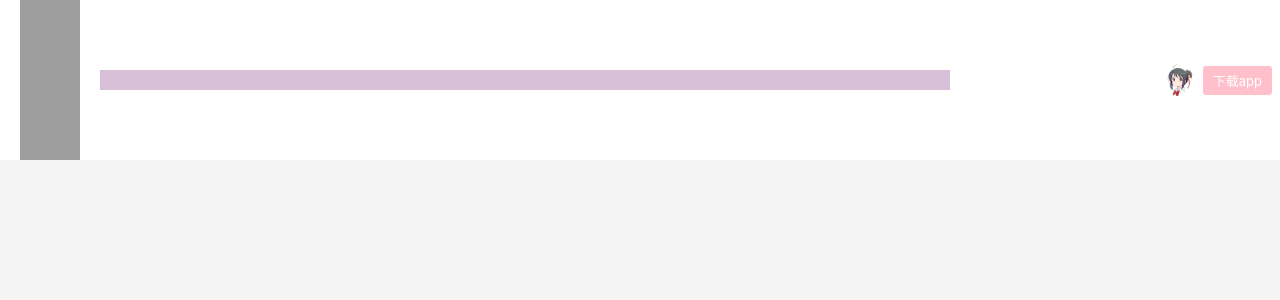
Repository: caiys666/bilibili
Page: /#/userinfo
An editor plug-in stored every save of this project. The page is shown before and after the next save, followed by the edit.
The browser window is 1280 px wide. The pictures show the whole page.
Pictures or frames that could not be fetched are drawn as grey boxes. The project was rebuilt for these pictures with package versions that can differ from the ones it lists, and the page was loaded fresh each time. Also part of the build but not shown: vue.config.js, src/components/HelloWorld.vue, src/views/Home.vue.

Above is the page before, as saved 2020-10-01 21:25:41.

### src/main.js
import Vue from 'vue';
import App from './App.vue';
import router from './router';
import store from './store';
import Vant from 'vant';
import 'vant/lib/index.css';
import http from '../http'
import { Toast } from 'vant';

Vue.prototype.$msg = Toast
Vue.prototype.$http = http
Vue.use(Vant);
Vue.config.productionTip = false

new Vue({
  router,
  store,
  render: h => h(App)
}).$mount('#app')

### src/App.vue
<template>
<div id="app">

    <router-view />
</div>
</template>

<style>
body {
    margin: 0;
    padding: 0;
    box-sizing: border-box;
    background-color: #f4f4f4;
}
p{
    margin: 0;
    padding: 0;
}
</style>

### src/router/index.js
import Vue from 'vue'
import VueRouter from 'vue-router'
import Home from '../views/Home.vue'

Vue.use(VueRouter)

const routes = [
  {
    path: '/home',
    name: 'Home',
    component: Home
  },
  {
    path: '/login',
    name: 'Login',
    component: () => import(/* webpackChunkName: "about" */ '../views/Login.vue')
  },
  {
    path: '/userinfo',
    name: 'userinfo',
    component: () => import(/* webpackChunkName: "about" */ '../views/userinfo.vue')
  },
  {
    path: '/',
    name: 'Register',
    // route level code-splitting
    // this generates a separate chunk (about.[hash].js) for this route
    // which is lazy-loaded when the route is visited.
    component: () => import(/* webpackChunkName: "about" */ '../views/register.vue')
  }
]

const router = new VueRouter({
  routes
})

export default router

### http.js
import axios from 'axios'

const http = axios.create({
    baseURL:'http://112.74.99.5:3000/web/api'
})

export default http

### src/views/userinfo.vue
<template>
    <div>
        <navbar></navbar>
    </div>
</template>

<script>
import Navbar from '../components/commn/Navbar.vue'
    export default {
        components:{
            Navbar
        }
    }
</script>

<style scoped>

</style>

### src/components/commn/Navbar.vue
<template>
    <div class="navbar">
        <div class="logo">
            <img src="../../assets/logo.jpg" alt="">
        </div>
        <div>
            <p></p>
        </div>
        <div>
            <img src="../../assets/user.jpg" alt="">
            <p>下载app</p>
        </div>
    </div>
</template>

<script>
    export default {

    }
</script>

<style lang='less' scoped>
.navbar{
    height: 12.5vw;
    background-color: white;
    display: flex;
    div:nth-child(2){
        flex: 1;
        display: flex;
        align-items: center;
        p{
            background-color: thistle;
            padding: 10px 0px;
            width: 80%;
        }
    }
    div:nth-child(3){
        display: flex;
        justify-content: center;
        align-items: center;
        img{
            width: 32px;
            height: 32px;
        }
        p{
            padding: 5px 10px;
            margin: 0 8px;
            border-radius: 3px;
            background-color: pink;
            color: white;
            font-size: 13px;
        }
    }
}
.logo{
    width: 100px;
    display: flex;
    justify-content: center;
    align-items: center;
}
.logo img{
    width: 60%;
    height: 100%;
}
</style>

Loaded but not shown: public/index.html (common file); src/store/index.js (common file)

After the next save:
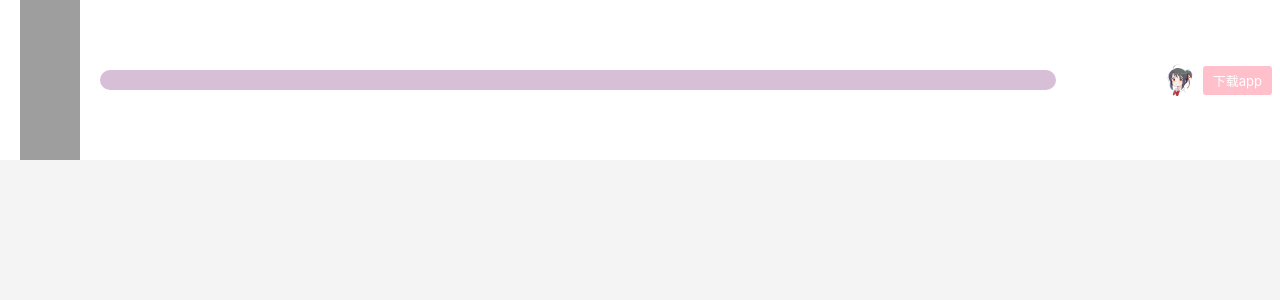
Saved 15 s later.
--- a/src/components/commn/Navbar.vue
+++ b/src/components/commn/Navbar.vue
@@ -31,7 +31,8 @@
         p{
             background-color: thistle;
             padding: 10px 0px;
-            width: 80%;
+            width: 90%;
+            border-radius: 10px;
         }
     }
     div:nth-child(3){
